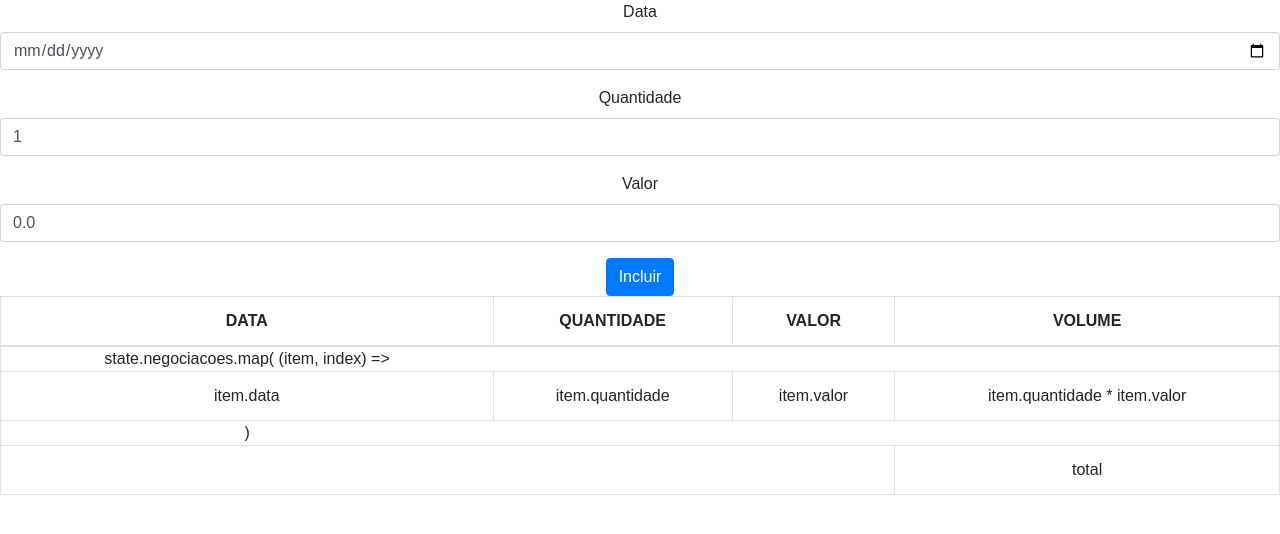
Repository: rornellas/react-scj35
Page: /
An editor plug-in stored every save of this project. The page is shown before and after the next save, followed by the edit.
The browser window is 1280 px wide. The pictures show the whole page.
The project was rebuilt for these pictures with package versions that can differ from the ones it lists, and the page was loaded fresh each time.

Above is the page before, as saved 2020-04-09 23:28:58.

After the next save:
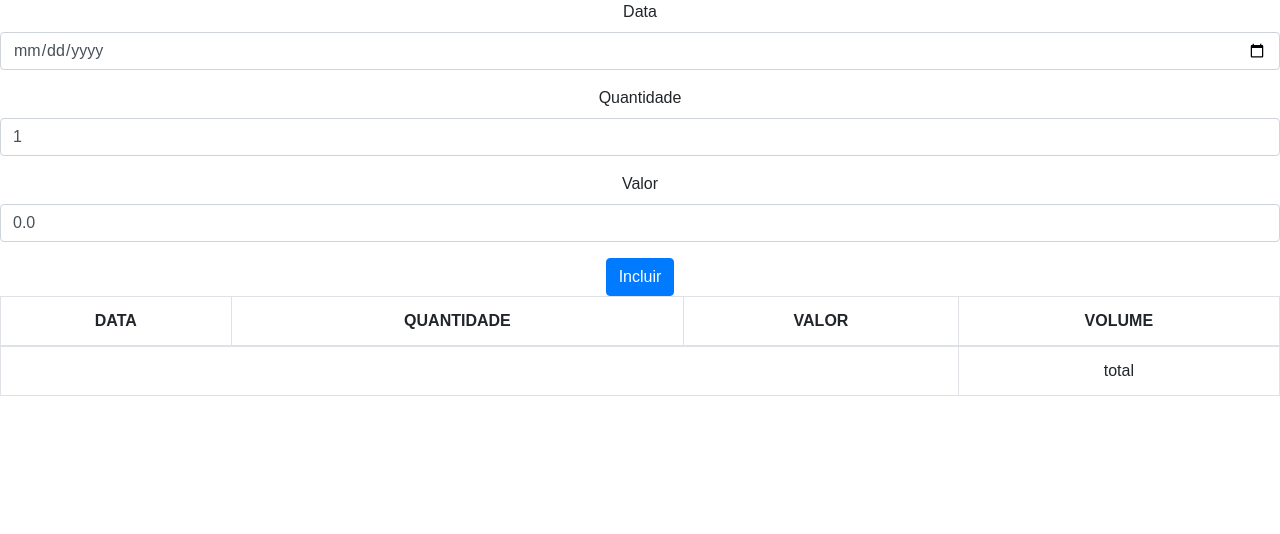
Saved 32 s later.
--- a/src/js/app/components/NegociacaoList.js
+++ b/src/js/app/components/NegociacaoList.js
@@ -16,7 +16,7 @@ export default () => {
             </thead>
 
             <tbody>
-                state.negociacoes.map(
+                {state.negociacoes.map(
                   (item, index) =>
                   <tr>
                     <td>item.data</td>
@@ -24,7 +24,7 @@ export default () => {
                     <td>item.valor</td>
                     <td>item.quantidade * item.valor</td>
                   </tr>
-                )
+                )}
             </tbody>
 
             <tfoot>
